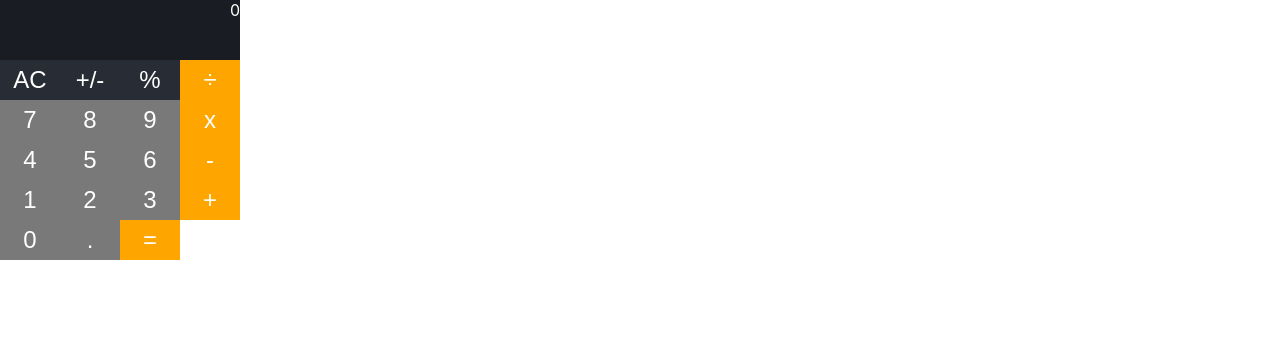
Repository: catsarenotreal/CalculatorWebApp
Page: /
These files come from the project's save history. The page is drawn as it stood at one moment and after the next save; the edit follows.
The browser window is 1280 px wide. The pictures show the whole page.
The project was rebuilt for these pictures with package versions that can differ from the ones it lists, and the page was loaded fresh each time.

Above is the page before, as saved 2024-08-23 10:26:03.

After the next save:
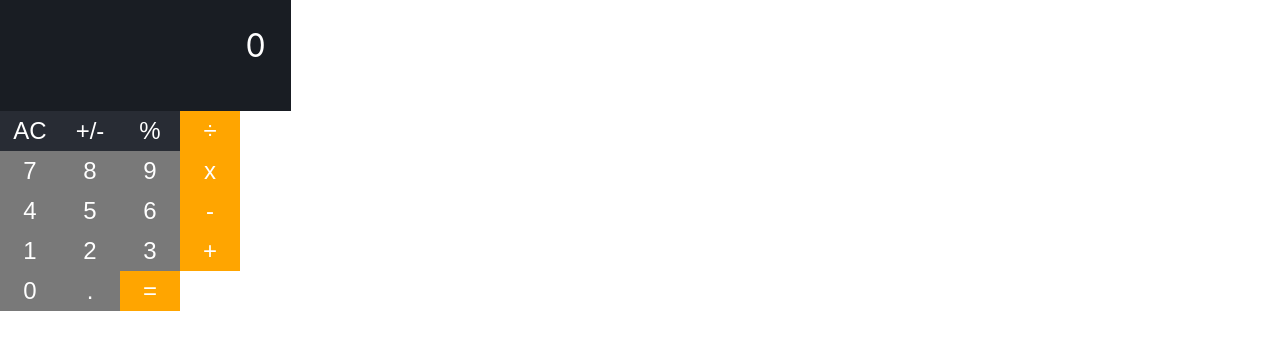
Saved 4 s later.
--- a/src/App.css
+++ b/src/App.css
@@ -55,7 +55,7 @@
 .DisplayScreen{
   width: 240px;
   height: 60px;
-  padding: 2%
+  padding: 2%;
   /* font-size: 100;
    */
   font-size:xx-large;

After the save that followed:
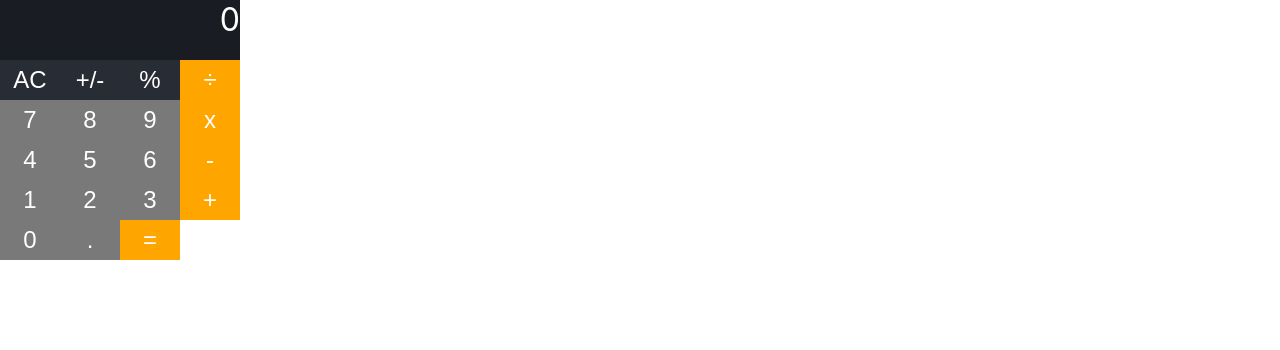
Saved 33 s later.
--- a/src/App.css
+++ b/src/App.css
@@ -55,7 +55,7 @@
 .DisplayScreen{
   width: 240px;
   height: 60px;
-  padding: 2%;
+  padding:0ch;
   /* font-size: 100;
    */
   font-size:xx-large;
